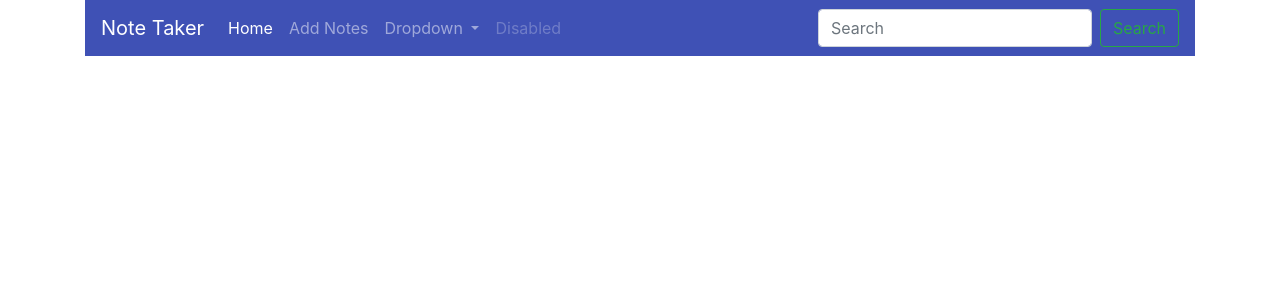
Repository: SudarshanSarnaik/Note_Taker
Page: http://localhost/NoteTaker/
An editor plug-in stored every save of this project. The page is shown before and after the next save, followed by the edit.
The browser window is 1280 px wide. The pictures show the whole page.
The page is served by Tomcat 9. Other server files are loaded and not shown.

Above is the page before, as saved 2025-01-28 05:06:33.

### NoteTaker/src/main/webapp/index.jsp
<!doctype html>
<html lang="en">
  <head>
    <!-- Required meta tags -->
    <meta charset="utf-8">
    <meta name="viewport" content="width=device-width, initial-scale=1, shrink-to-fit=no">

    <!-- Bootstrap CSS -->
    <link rel="stylesheet" href="https://cdn.jsdelivr.net/npm/bootstrap@4.4.1/dist/css/bootstrap.min.css" integrity="sha384-Vkoo8x4CGsO3+Hhxv8T/Q5PaXtkKtu6ug5TOeNV6gBiFeWPGFN9MuhOf23Q9Ifjh" crossorigin="anonymous">
    <link  href="css/style.css" rel="stylesheet"/>

    <title>Note Taker: Home Page</title>
  </head>
  <body>
  <div class="container">
   <%@ include file= "navbar.jsp" %>

   </div>


    <!-- Optional JavaScript -->
    <!-- jQuery first, then Popper.js, then Bootstrap JS -->
    <script src="https://code.jquery.com/jquery-3.4.1.slim.min.js" integrity="sha384-J6qa4849blE2+poT4WnyKhv5vZF5SrPo0iEjwBvKU7imGFAV0wwj1yYfoRSJoZ+n" crossorigin="anonymous"></script>
    <script src="https://cdn.jsdelivr.net/npm/popper.js@1.16.0/dist/umd/popper.min.js" integrity="sha384-Q6E9RHvbIyZFJoft+2mJbHaEWldlvI9IOYy5n3zV9zzTtmI3UksdQRVvoxMfooAo" crossorigin="anonymous"></script>
    <script src="https://cdn.jsdelivr.net/npm/bootstrap@4.4.1/dist/js/bootstrap.min.js" integrity="sha384-wfSDF2E50Y2D1uUdj0O3uMBJnjuUD4Ih7YwaYd1iqfktj0Uod8GCExl3Og8ifwB6" crossorigin="anonymous"></script>
  </body>
</html>

### NoteTaker/src/main/webapp/navbar.jsp
<nav class="navbar navbar-expand-lg navbar-dark purple">
  <a class="navbar-brand" href="index.jsp">Note Taker</a>
  <button class="navbar-toggler" type="button" data-toggle="collapse" data-target="#navbarSupportedContent" aria-controls="navbarSupportedContent" aria-expanded="false" aria-label="Toggle navigation">
    <span class="navbar-toggler-icon"></span>
  </button>

  <div class="collapse navbar-collapse" id="navbarSupportedContent">
    <ul class="navbar-nav mr-auto">
      <li class="nav-item active">
        <a class="nav-link" href="index.jsp">Home <span class="sr-only">(current)</span></a>
      </li>
      <li class="nav-item">
        <a class="nav-link" href="add_notes.jsp">Add Notes</a>
      </li>
      <li class="nav-item dropdown">
        <a class="nav-link dropdown-toggle" href="#" id="navbarDropdown" role="button" data-toggle="dropdown" aria-haspopup="true" aria-expanded="false">
          Dropdown
        </a>
        <div class="dropdown-menu" aria-labelledby="navbarDropdown">
          <a class="dropdown-item" href="#">Action</a>
          <a class="dropdown-item" href="#">Another action</a>
          <div class="dropdown-divider"></div>
          <a class="dropdown-item" href="#">Something else here</a>
        </div>
      </li>
      <li class="nav-item">
        <a class="nav-link disabled" href="#">Disabled</a>
      </li>
    </ul>
    <form class="form-inline my-2 my-lg-0">
      <input class="form-control mr-sm-2" type="search" placeholder="Search" aria-label="Search">
      <button class="btn btn-outline-success my-2 my-sm-0" type="submit">Search</button>
    </form>
  </div>
</nav>

### NoteTaker/src/main/webapp/css/style.css

.purple{
	background: #3f51b5;

}

After the next save:
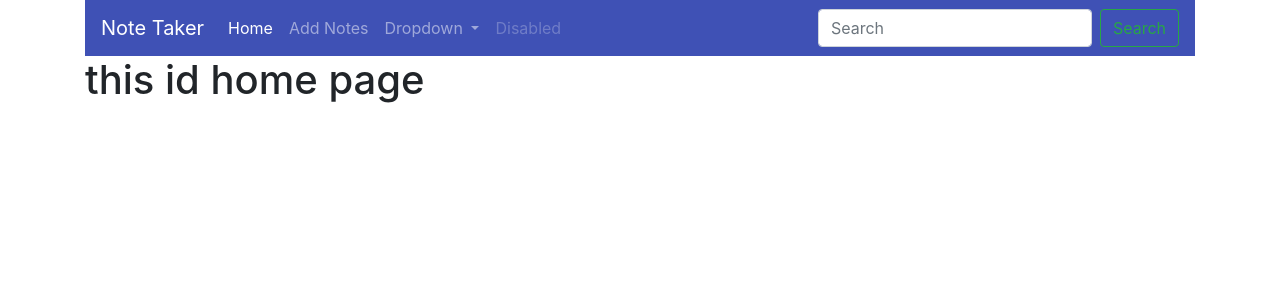
Saved 9 s later.
--- a/NoteTaker/src/main/webapp/index.jsp
+++ b/NoteTaker/src/main/webapp/index.jsp
@@ -14,7 +14,7 @@
   <body>
   <div class="container">
    <%@ include file= "navbar.jsp" %>
-
+   <h1> this id home page</h1>
    </div>
 
 
